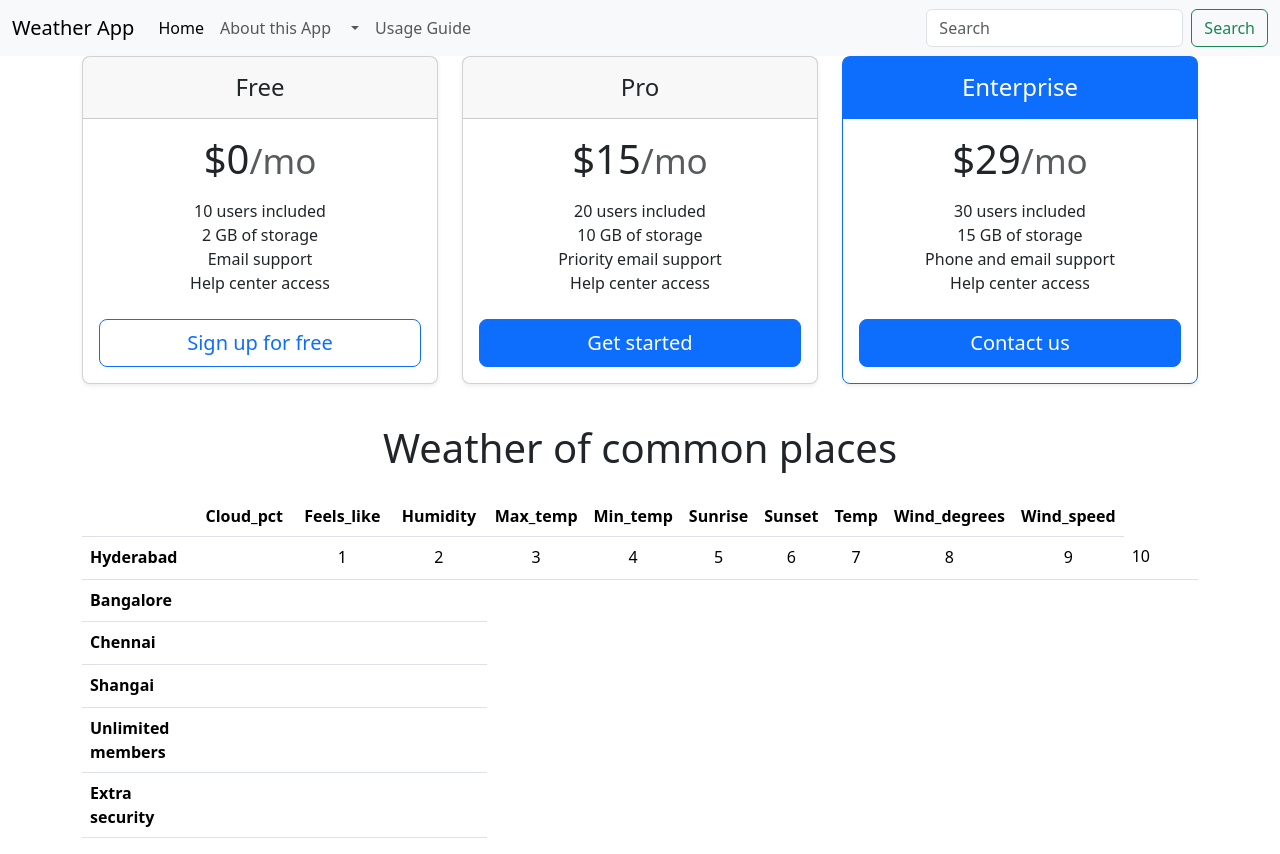
Repository: Abhilash2909/weather
Page: index.html
These files come from the project's save history. The page is drawn as it stood at one moment and after the next save; the edit follows.
The browser window is 1280 px wide. The pictures show the whole page.
The page's requests for data from a server got no answer.

Above is the page before, as saved 2024-02-11 10:38:49.

### index.html
<!doctype html>
<html lang="en">
  <head>
    <meta charset="utf-8">
    <meta name="viewport" content="width=device-width, initial-scale=1">
    <title>My Weather App</title>
    <link href="https://cdn.jsdelivr.net/npm/bootstrap@5.3.2/dist/css/bootstrap.min.css" rel="stylesheet" integrity="sha384-T3c6CoIi6uLrA9TneNEoa7RxnatzjcDSCmG1MXxSR1GAsXEV/Dwwykc2MPK8M2HN" crossorigin="anonymous">
  </head>
  <body>
    <nav class="navbar navbar-expand-lg bg-body-tertiary">
        <div class="container-fluid">
          <a class="navbar-brand" href="#">Weather App</a>
          <button class="navbar-toggler" type="button" data-bs-toggle="collapse" data-bs-target="#navbarSupportedContent" aria-controls="navbarSupportedContent" aria-expanded="false" aria-label="Toggle navigation">
            <span class="navbar-toggler-icon"></span>
          </button>
          <div class="collapse navbar-collapse" id="navbarSupportedContent">
            <ul class="navbar-nav me-auto mb-2 mb-lg-0">
              <li class="nav-item">
                <a class="nav-link active" aria-current="page" href="#">Home</a>
              </li>
              <li class="nav-item">
                <a class="nav-link" href="#">About this App</a>
              </li>
              <li class="nav-item dropdown">
                <a class="nav-link dropdown-toggle" href="#" role="button" data-bs-toggle="dropdown" aria-expanded="false">
                </a>
                <ul class="dropdown-menu">
                  <li><a class="dropdown-item" href="#">Delhi</a></li>
                  <li><a class="dropdown-item" href="#">Seattle</a></li>
                  <li><hr class="dropdown-divider"></li>
                  <li><a class="dropdown-item" href="#">Bangalore</a></li>
                </ul>
              </li>
              <li class="nav-item">
                <a class="nav-link" aria-disabled="true">Usage Guide</a>
              </li>
            </ul>
            <form class="d-flex" role="search">
              <input class="form-control me-2" type="search" placeholder="Search" aria-label="Search">
              <button class="btn btn-outline-success" type="submit">Search</button>
            </form>
          </div>
        </div>
      </nav>

      <div class="container"><main>
        <div class="row row-cols-1 row-cols-md-3 mb-3 text-center">
          <div class="col">
            <div class="card mb-4 rounded-3 shadow-sm">
              <div class="card-header py-3">
                <h4 class="my-0 fw-normal">Free</h4>
              </div>
              <div class="card-body">
                <h1 class="card-title pricing-card-title">$0<small class="text-body-secondary fw-light">/mo</small></h1>
                <ul class="list-unstyled mt-3 mb-4">
                  <li>10 users included</li>
                  <li>2 GB of storage</li>
                  <li>Email support</li>
                  <li>Help center access</li>
                </ul>
                <button type="button" class="w-100 btn btn-lg btn-outline-primary">Sign up for free</button>
              </div>
            </div>
          </div>
          <div class="col">
            <div class="card mb-4 rounded-3 shadow-sm">
              <div class="card-header py-3">
                <h4 class="my-0 fw-normal">Pro</h4>
              </div>
              <div class="card-body">
                <h1 class="card-title pricing-card-title">$15<small class="text-body-secondary fw-light">/mo</small></h1>
                <ul class="list-unstyled mt-3 mb-4">
                  <li>20 users included</li>
                  <li>10 GB of storage</li>
                  <li>Priority email support</li>
                  <li>Help center access</li>
                </ul>
                <button type="button" class="w-100 btn btn-lg btn-primary">Get started</button>
              </div>
            </div>
          </div>
          <div class="col">
            <div class="card mb-4 rounded-3 shadow-sm border-primary">
              <div class="card-header py-3 text-bg-primary border-primary">
                <h4 class="my-0 fw-normal">Enterprise</h4>
              </div>
              <div class="card-body">
                <h1 class="card-title pricing-card-title">$29<small class="text-body-secondary fw-light">/mo</small></h1>
                <ul class="list-unstyled mt-3 mb-4">
                  <li>30 users included</li>
                  <li>15 GB of storage</li>
                  <li>Phone and email support</li>
                  <li>Help center access</li>
                </ul>
                <button type="button" class="w-100 btn btn-lg btn-primary">Contact us</button>
              </div>
            </div>
          </div>
        </div>

        <h2 class="display-6 text-center mb-4">Weather of common places</h2>

        <div class="table-responsive">
          <table class="table text-center">
            <thead>
              <tr>
                <th style="width: 34%;">   </th>
                <th style="width: 22%;"> Cloud_pct </th>
                <th style="width: 22%;"> Feels_like </th>
                <th style="width: 22%;"> Humidity </th>
                <th style="width: 22%;"> Max_temp </th>
                <th style="width: 22%;"> Min_temp </th>
                <th style="width: 22%;"> Sunrise </th>
                <th style="width: 22%;"> Sunset </th>
                <th style="width: 22%;"> Temp </th>
                <th style="width: 22%;"> Wind_degrees </th>
                <th style="width: 22%;"> Wind_speed </th>
              </tr>
            </thead>
            <tbody>
              <tr>
                <th scope="row" class="text-start">Hyderabad</th>
                <td><svg class="bi" width="24" height="24"><use xlink:href="#check"></use></svg></td>
                <td>1</td>
                <td>2</td>
                <td>3</td>
                <td>4</td>
                <td>5</td>
                <td>6</td>
                <td>7</td>
                <td>8</td>
                <td>9</td>
                <td>10</td>

                <td><svg class="bi" width="24" height="24"><use xlink:href="#check"></use></svg></td>
              </tr>
              <tr>
                <th scope="row" class="text-start">Bangalore</th>
                <td></td>
                <td><svg class="bi" width="24" height="24"><use xlink:href="#check"></use></svg></td>
                <td><svg class="bi" width="24" height="24"><use xlink:href="#check"></use></svg></td>
              </tr>
            </tbody>

            <tbody>
              <tr>
                <th scope="row" class="text-start">Chennai</th>
                <td><svg class="bi" width="24" height="24"><use xlink:href="#check"></use></svg></td>
                <td><svg class="bi" width="24" height="24"><use xlink:href="#check"></use></svg></td>
                <td><svg class="bi" width="24" height="24"><use xlink:href="#check"></use></svg></td>
              </tr>
              <tr>
                <th scope="row" class="text-start">Shangai</th>
                <td></td>
                <td><svg class="bi" width="24" height="24"><use xlink:href="#check"></use></svg></td>
                <td><svg class="bi" width="24" height="24"><use xlink:href="#check"></use></svg></td>
              </tr>
              <tr>
                <th scope="row" class="text-start">Unlimited members</th>
                <td></td>
                <td><svg class="bi" width="24" height="24"><use xlink:href="#check"></use></svg></td>
                <td><svg class="bi" width="24" height="24"><use xlink:href="#check"></use></svg></td>
              </tr>
              <tr>
                <th scope="row" class="text-start">Extra security</th>
                <td></td>
                <td></td>
                <td><svg class="bi" width="24" height="24"><use xlink:href="#check"></use></svg></td>
              </tr>
            </tbody>
          </table>
        </div>
      </main></div>
    <script src="https://cdn.jsdelivr.net/npm/bootstrap@5.3.2/dist/js/bootstrap.bundle.min.js" integrity="sha384-C6RzsynM9kWDrMNeT87bh95OGNyZPhcTNXj1NW7RuBCsyN/o0jlpcV8Qyq46cDfL" crossorigin="anonymous"></script>
    <script src="script.js"></script>
</body>
</html>

### script.js
// const options = {
// method: 'GET',
// headers: {
//         'X-RapidAPI-Key': 'b45e96323fmshf5e4bc50d3b8a90p1e091djsnfb21cde4eb87',
// '       X-RapidAPI-Host': 'weather-by-api-ninjas.p.rapidapi.com'
//     }
// };

// fetch('https://weather-by-api-ninjas.p.rapidapi.com/v1/weather?city=Seattle', options)
//     .then(response => response.json())
//     .then(response => console.log(response))
//     .catch(err => console.error(err));



const options = {
    method: 'GET',
    headers: {
      'X-RapidAPI-Key': 'b45e96323fmshf5e4bc50d3b8a90p1e091djsnfb21cde4eb87',
      'X-RapidAPI-Host': 'weather-by-api-ninjas.p.rapidapi.com'
    }
  };

  fetch('https://weather-by-api-ninjas.p.rapidapi.com/v1/weather?city=Seattle', options)
    .then(response => response.json())
    .then(data => console.log(data))
    .catch(error => console.error(error));

After the next save:
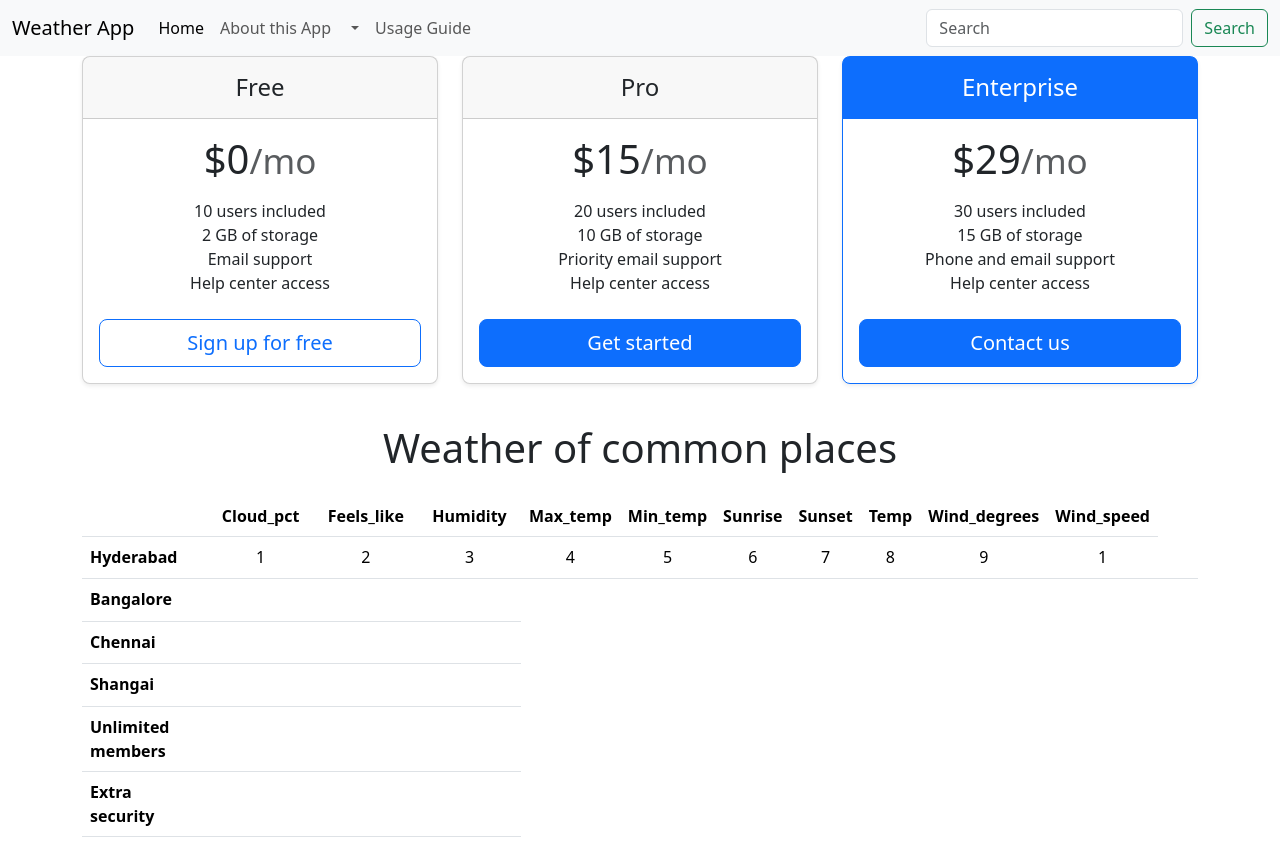
Saved 29 s later.
--- a/index.html
+++ b/index.html
@@ -120,7 +120,7 @@
             <tbody>
               <tr>
                 <th scope="row" class="text-start">Hyderabad</th>
-                <td><svg class="bi" width="24" height="24"><use xlink:href="#check"></use></svg></td>
+
                 <td>1</td>
                 <td>2</td>
                 <td>3</td>
@@ -130,7 +130,7 @@
                 <td>7</td>
                 <td>8</td>
                 <td>9</td>
-                <td>10</td>
+                <td>1</td>
 
                 <td><svg class="bi" width="24" height="24"><use xlink:href="#check"></use></svg></td>
               </tr>

After the save that followed:
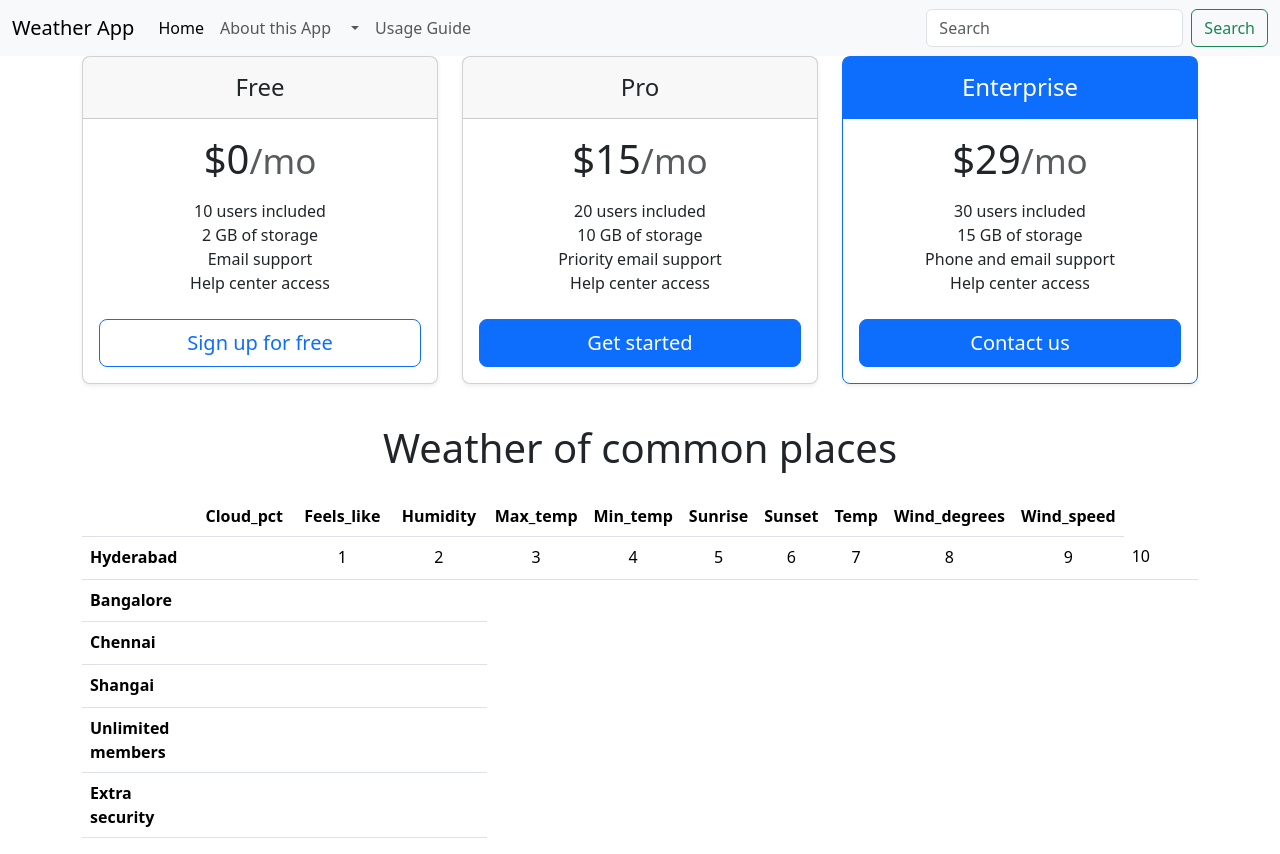
Saved 4 s later.
--- a/index.html
+++ b/index.html
@@ -120,7 +120,7 @@
             <tbody>
               <tr>
                 <th scope="row" class="text-start">Hyderabad</th>
-
+                <td><svg class="bi" width="24" height="24"><use xlink:href="#check"></use></svg></td>
                 <td>1</td>
                 <td>2</td>
                 <td>3</td>
@@ -130,7 +130,7 @@
                 <td>7</td>
                 <td>8</td>
                 <td>9</td>
-                <td>1</td>
+                <td>10</td>
 
                 <td><svg class="bi" width="24" height="24"><use xlink:href="#check"></use></svg></td>
               </tr>
